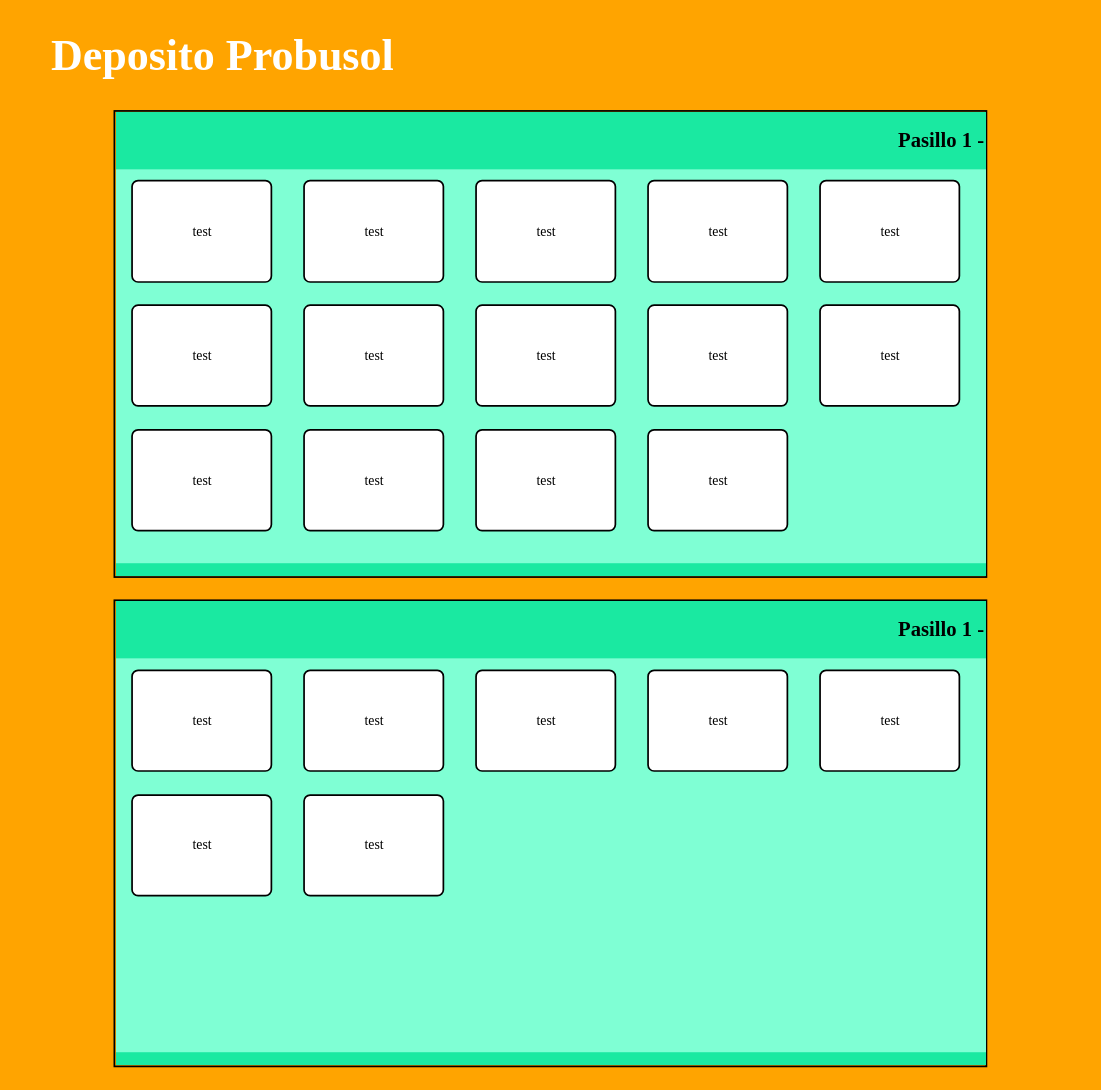
Repository: Franzcod/DepoStock_Web
Page: index.html
These files come from the project's save history. The page is drawn as it stood at one moment and after the next save; the edit follows.
The browser window is 1280 px wide. The pictures show the whole page, at 86% of full size.

Above is the page before, as saved 2020-06-07 14:51:56.
Console error: ReferenceError: ur is not defined

### index.html
<!DOCTYPE html>
<html lang="en">
<head>
    <meta charset="UTF-8">
    <meta name="viewport" content="width=device-width, initial-scale=1.0">
    <title>Deposito Probusol</title>

    <link rel="stylesheet" href="estilo/estilo.css">
</head>
<body>

    <div class="titulo">
        <h1>Deposito Probusol</h1>
    </div>


    <div class="app">
        <h2>Pasillo 1 - Lado A</h2>

        <ul class="hs">
            <li class="item">test</li>
            <li class="item">test</li>
            <li class="item">test</li>
            <li class="item">test</li>
            <li class="item">test</li>
            <li class="item">test</li>
            <li class="item">test</li>
            <li class="item">test</li>
            <li class="item">test</li>
            <li class="item">test</li>
            <li class="item">test</li>
            <li class="item">test</li>
            <li class="item">test</li>
            <li class="item">test</li>
            <li class="item">test</li>
            <li class="item">test</li>
            <li class="item">test</li>
            <li class="item">test</li>
            <li class="item">test</li>
            <li class="item">test</li>
            <li class="item">test</li>
            <li class="item">test</li>
            <li class="item">test</li>
            <li class="item">test</li>

        </ul>

        <!-- <div class="container">
            <div class="item">
            <h3>Block for context</h3>
            </div>
        </div> -->
    </div>

    <div class="app">
        <h2>Pasillo 1 - Lado B</h2>

        <ul class="hs">
            <li class="item">test</li>
            <li class="item">test</li>
            <li class="item">test</li>
            <li class="item">test</li>
            <li class="item">test</li>
            <li class="item">test</li>
            <li class="item">test</li>
            <li class="item">test</li>
            <li class="item">test</li>
            <li class="item">test</li>
            <li class="item">test</li>
            <li class="item">test</li>

        </ul>

        <!-- <div class="container">
            <div class="item">
            <h3>Block for context</h3>
            </div>
        </div> -->
    </div>






    <script>ur</script>

</body>







</html>

### estilo/estilo.css
html{
    background-color: rgba(255, 164, 0, 1);
}

.titulo{
    margin: 2vw 4vw;
    align-items: flex-start;
    color: #fff;
    font-size: 2vw;
}


:root {
--gutter: 20px;
}

.app {
    padding: var(--gutter) 0;
    display: grid;
    grid-gap: var(--gutter) 0;
    border: 2px solid black;
    /* grid-template-columns: var(--gutter) 1fr var(--gutter);  */
    align-content: start;
    width: 80%;
    height: 500px;
    background: rgb(26, 233, 161);
    /* overflow-y: scroll; */
    margin: 2vw auto;
    overflow-x: auto;
}


.hs {
    display: grid;
    grid-template-columns: repeat(10, 1fr);
    grid-template-rows: repeat(4, 2fr);
    overflow-x: auto;
    /* scroll-snap-type: x proximity; */
    padding-bottom: calc(.75 * var(--gutter));
    margin-bottom: calc(-.25 * var(--gutter));
    background-color: aquamarine;
    width: 2000px;
}

/* Demo styles */

ul {
    list-style: none;
    padding: 0;
    margin: 0;
}


h2,
h3 {
    margin: auto;
}



.hs > li,
.item {
    /* scroll-snap-align: center; */
    /* padding: calc(var(--gutter) / 1 ); */
    display: flex;
    flex-direction: column;
    justify-content: center;
    align-items: center;
    background: #fff;
    border: 2px solid black;
    border-radius: 8px;
    height: 9vw;
    width: 80%;
    margin: 1vw auto;

}

After the next save:
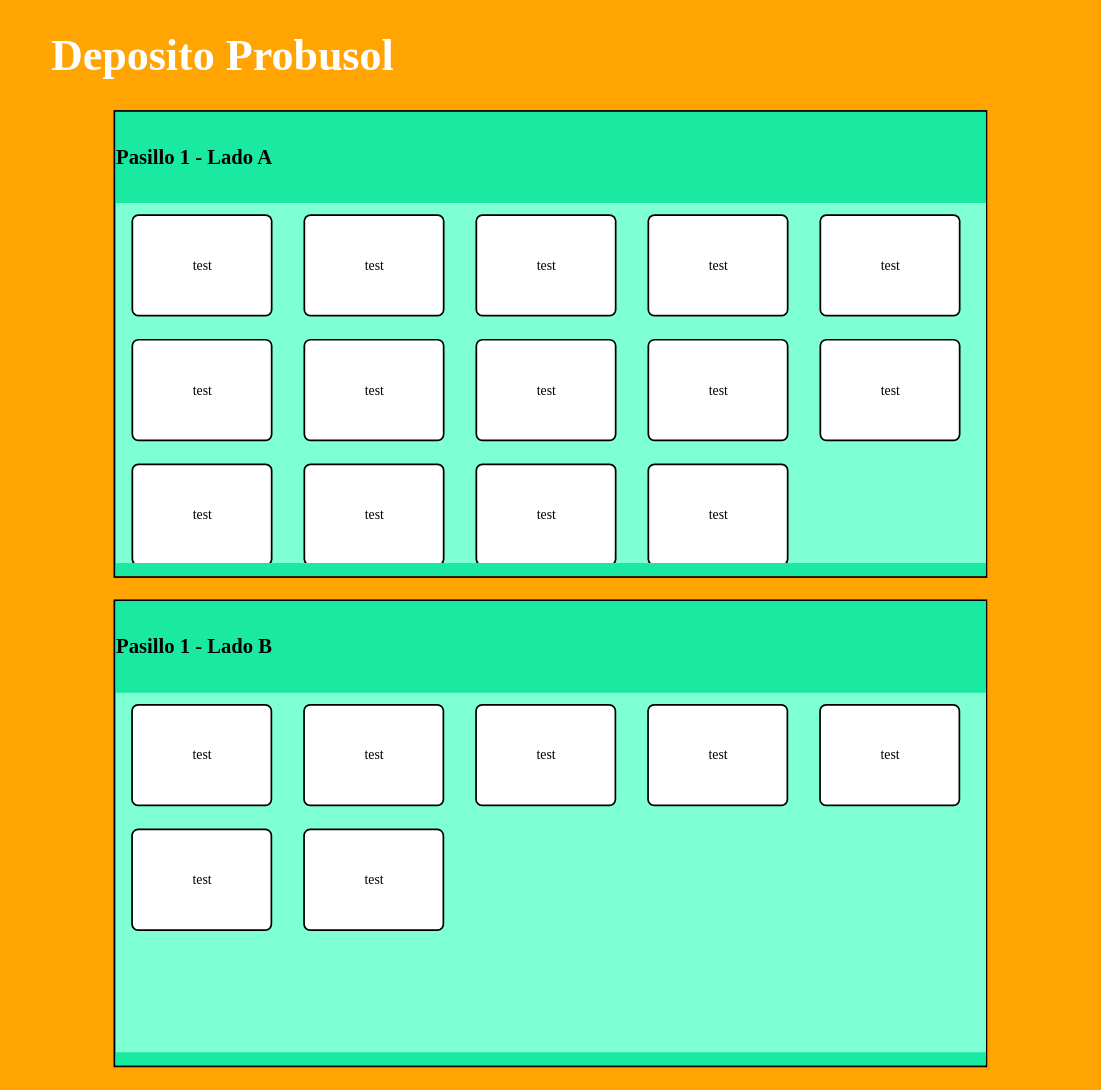
Saved 46 s later.
--- a/estilo/estilo.css
+++ b/estilo/estilo.css
@@ -51,7 +51,9 @@ ul {
 }
 
 
-h2,
+h2{
+    margin-left: initial;
+}
 h3 {
     margin: auto;
 }
